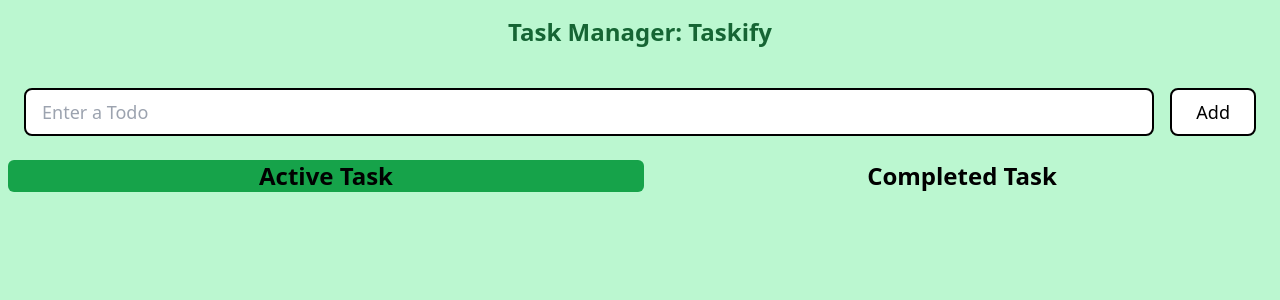
Repository: Dineshbhandari2023/Todo
Page: /
These files come from the project's save history. The page is drawn as it stood at one moment and after the next save; the edit follows.
The browser window is 1280 px wide. The pictures show the whole page.
Some web fonts or font styles are not loaded; a fallback is used. The project was rebuilt for these pictures with package versions that can differ from the ones it lists, and the page was loaded fresh each time. Also part of the build but not shown: src/Components/SingleTodo.tsx.

Above is the page before, as saved 2025-06-19 22:01:57.

After the next save:
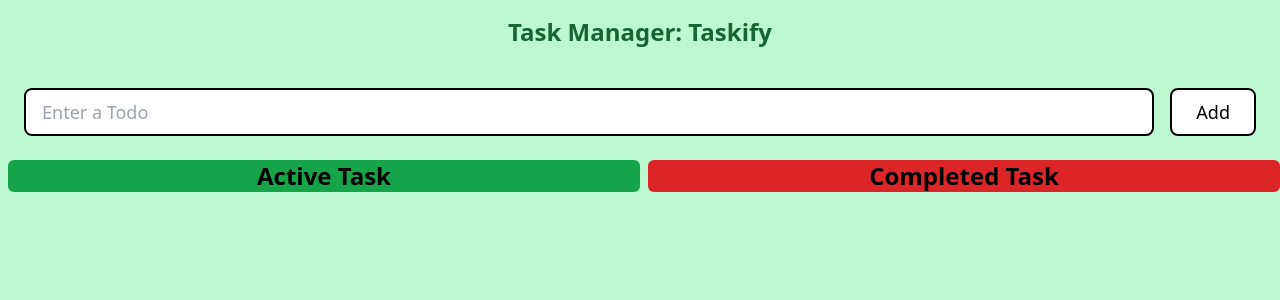
Saved 16 s later.
--- a/src/Components/TodoList.tsx
+++ b/src/Components/TodoList.tsx
@@ -23,7 +23,7 @@ const TodoList = ({ todos, setTodos }: Props) => {
           ))}
         </div>
       </div>
-      <div className="w-2/4">
+      <div className="w-2/4 bg-red-600 rounded-md ml-2">
         <h1 className="text-center text-2xl font-extrabold">Completed Task</h1>
         <div>
           {todos.map((todo) => (
